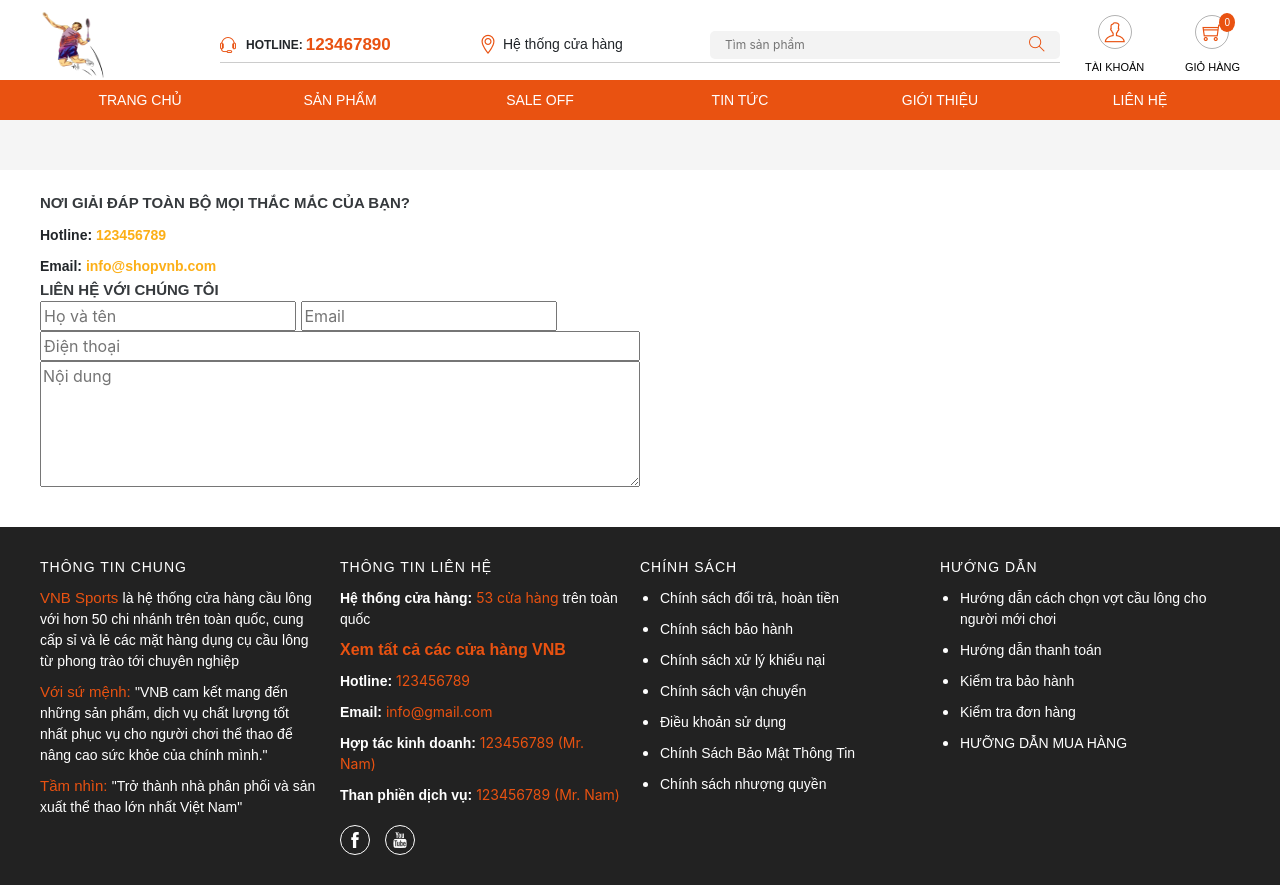
Repository: Namtran3107/CauLongSo1
Page: contact.html
These files come from the project's save history. The page is drawn as it stood at one moment and after the next save; the edit follows.
The browser window is 1280 px wide. The pictures show the whole page.

Above is the page before, as saved 2022-12-10 13:37:18.

After the next save:
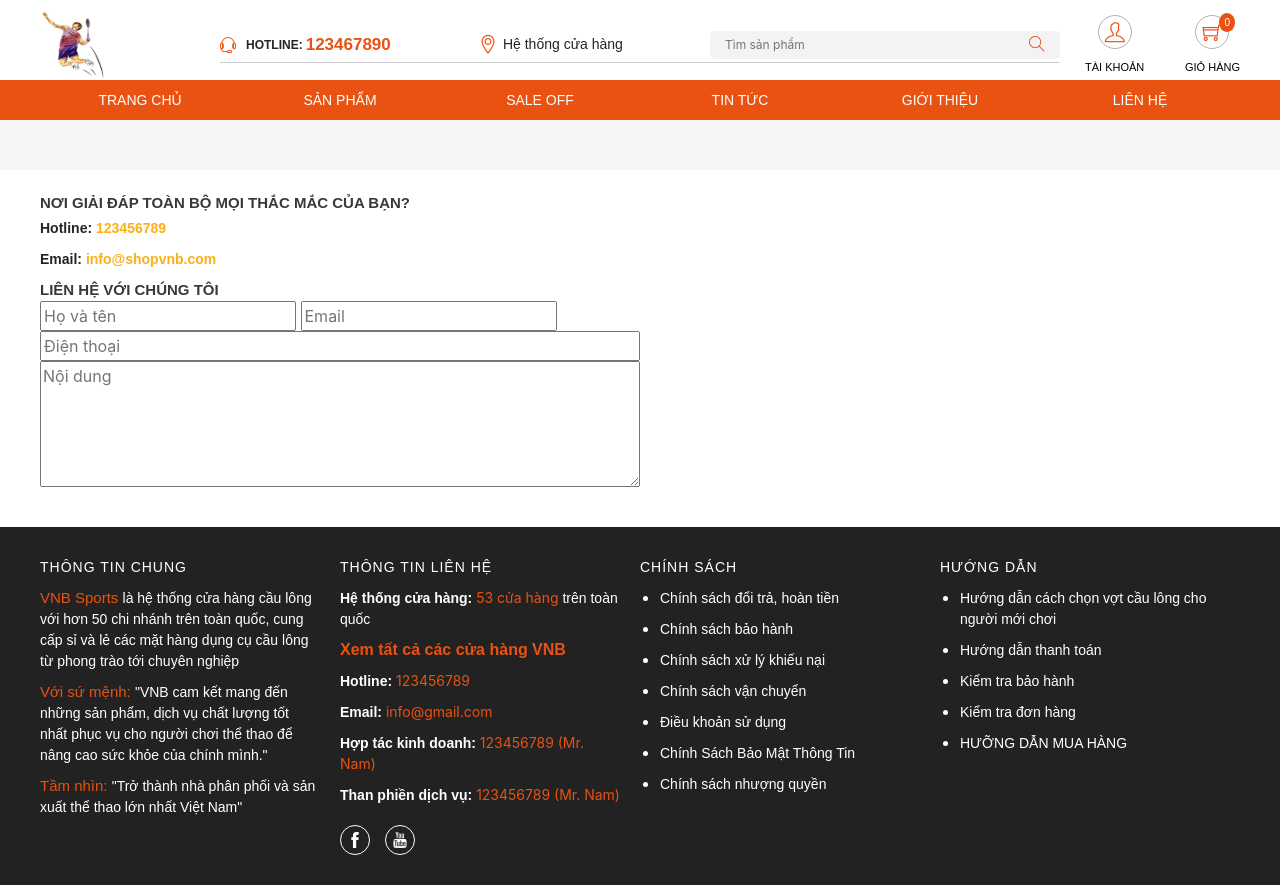
Saved 15 s later.
--- a/contact.css
+++ b/contact.css
@@ -28,5 +28,5 @@
     font-weight: 600;
 }
 .contact-phone-and-email{
-    margin-top: 7px;
+    margin-bottom: 7px;
 }
